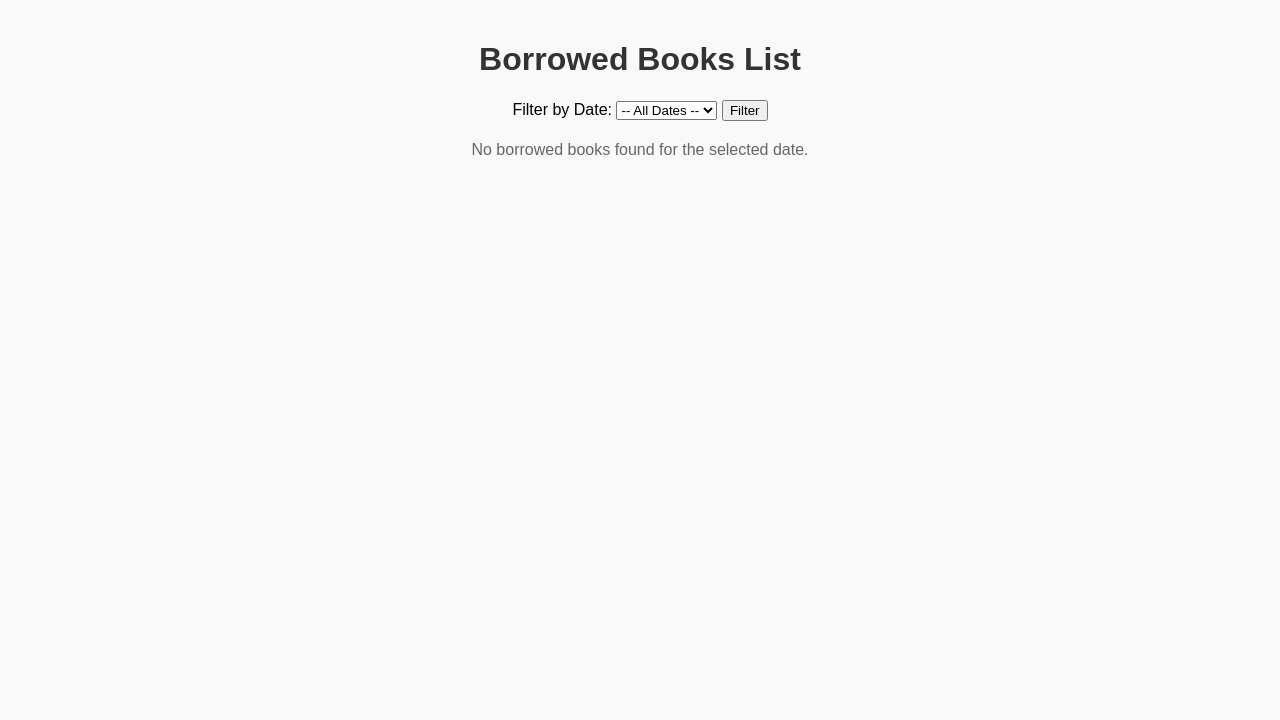
Repository: pavitrapai10/Library_Management_System
Page: http://localhost/borrowed_books.php
These files come from the project's save history. The page is drawn as it stood at one moment and after the next save; the edit follows.
The browser window is 1280 px wide. The pictures show the whole page.
The page is run by PHP 8.4 with error messages shown; the project is at /var/www/html/. Queries for data that is not in the repository find no rows.

Above is the page before, as saved 2025-01-28 18:29:53.

After the next save:
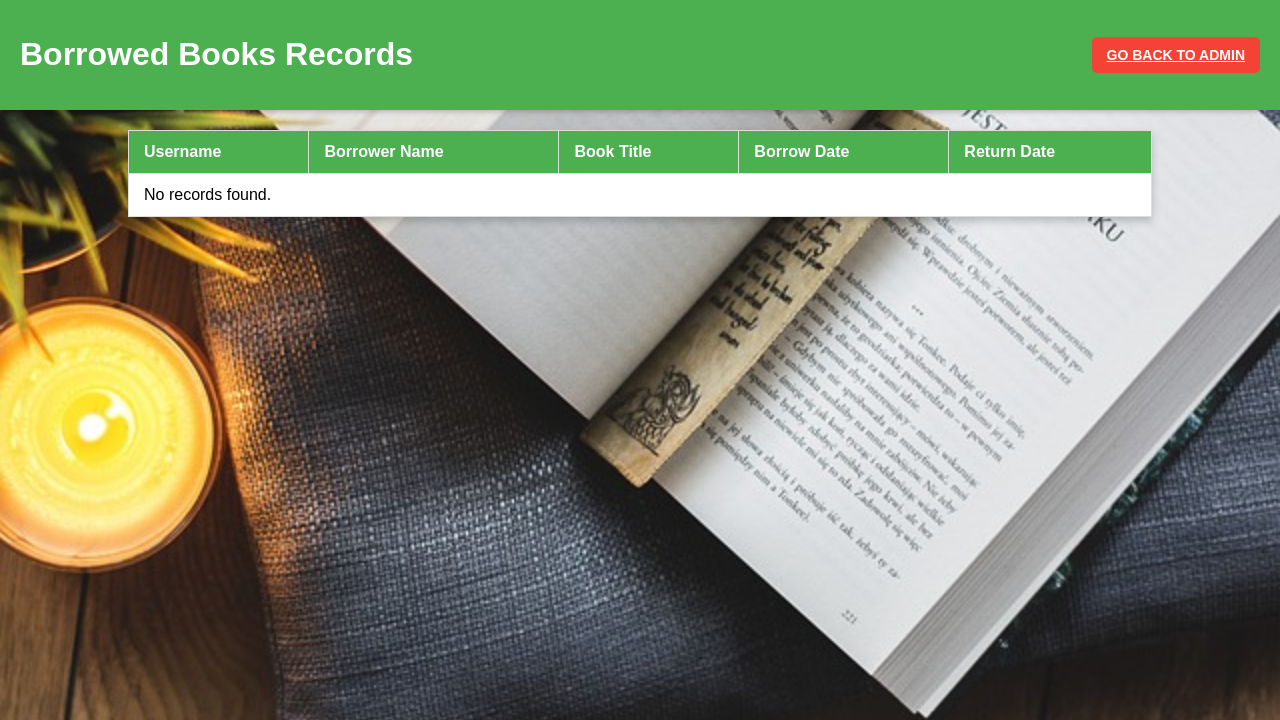
Saved 5 min 55 s later.
--- a/borrowed_books.php
+++ b/borrowed_books.php
@@ -1,21 +1,30 @@
 <?php
+session_start();
 include 'db.php';
-// Fetch all borrow dates for dropdown
-$dateQuery = "SELECT DISTINCT borrow_date FROM borrowed_books ORDER BY borrow_date DESC";
-$dateResult = $conn->query($dateQuery);
 
-// Filter results based on selected date
-$selectedDate = isset($_POST['borrow_date']) ? $_POST['borrow_date'] : '';
-$sql = "SELECT users.name AS user_name, books.title AS book_title, borrowed_books.borrow_date
-        FROM borrowed_books
-        JOIN users ON borrowed_books.user_id = users.id
-        JOIN books ON borrowed_books.book_id = books.id";
-if ($selectedDate) {
-    $sql .= " WHERE borrowed_books.borrow_date = '$selectedDate'";
-}
-$sql .= " ORDER BY borrowed_books.borrow_date DESC";
+error_reporting(E_ALL);
+ini_set('display_errors', 1);
 
-$result = $conn->query($sql);
+// Fetch the borrowed books and their associated borrower details
+$query = "
+    SELECT
+        b.id AS book_id,
+        b.title AS book_title,
+        br.first_name,
+        br.last_name,
+        br.username,
+        bb.borrow_date,
+        bb.return_date
+    FROM
+        borrowed_books bb
+    JOIN
+        borrowers br ON bb.borrower_id = br.id
+    JOIN
+        books b ON bb.book_id = b.id
+    ORDER BY
+        bb.borrow_date DESC;
+";
+$result = $conn->query($query);
 ?>
 
 <!DOCTYPE html>
@@ -24,93 +33,43 @@ $result = $conn->query($sql);
     <meta charset="UTF-8">
     <meta name="viewport" content="width=device-width, initial-scale=1.0">
     <title>Borrowed Books</title>
-    <style>
-        body {
-            font-family: Arial, sans-serif;
-            margin: 0;
-            padding: 20px;
-            background-color: #f9f9f9;
-        }
-        h1 {
-            text-align: center;
-            color: #333;
-        }
-        form {
-            text-align: center;
-            margin-bottom: 20px;
-        }
-        table {
-            width: 80%;
-            margin: 0 auto;
-            border-collapse: collapse;
-            background-color: #fff;
-            box-shadow: 0 2px 8px rgba(0, 0, 0, 0.1);
-        }
-        th, td {
-            padding: 10px 15px;
-            text-align: left;
-            border: 1px solid #ddd;
-        }
-        th {
-            background-color: #4CAF50;
-            color: #fff;
-        }
-        tr:nth-child(even) {
-            background-color: #f2f2f2;
-        }
-        tr:hover {
-            background-color: #e6f7e6;
-        }
-        .no-data {
-            text-align: center;
-            margin-top: 20px;
-            color: #666;
-        }
-    </style>
+    <link rel="stylesheet" href="style.css">
 </head>
 <body>
-    <h1>Borrowed Books List</h1>
+    <header>
+        <h1>Borrowed Books Records</h1>
+        <a href="admin.php" class="close-button">Go Back to Admin</a>
+    </header>
 
-    <form method="POST" action="">
-        <label for="borrow_date">Filter by Date:</label>
-        <select name="borrow_date" id="borrow_date">
-            <option value="">-- All Dates --</option>
-            <?php
-            if ($dateResult->num_rows > 0) {
-                while ($row = $dateResult->fetch_assoc()) {
-                    $date = $row['borrow_date'];
-                    $selected = ($date === $selectedDate) ? "selected" : "";
-                    echo "<option value='$date' $selected>$date</option>";
-                }
-            }
-            ?>
-        </select>
-        <button type="submit">Filter</button>
-    </form>
-
-    <?php if ($result->num_rows > 0): ?>
-        <table>
+    <main>
+        <table border="1" cellpadding="10" cellspacing="0">
             <thead>
                 <tr>
-                    <th>User Name</th>
+                    <th>Username</th>
+                    <th>Borrower Name</th>
                     <th>Book Title</th>
                     <th>Borrow Date</th>
+                    <th>Return Date</th>
                 </tr>
             </thead>
             <tbody>
-                <?php while ($row = $result->fetch_assoc()): ?>
-                    <tr>
-                        <td><?= htmlspecialchars($row['user_name']) ?></td>
-                        <td><?= htmlspecialchars($row['book_title']) ?></td>
-                        <td><?= htmlspecialchars($row['borrow_date']) ?></td>
-                    </tr>
-                <?php endwhile; ?>
+                <?php
+                if ($result->num_rows > 0) {
+                    while ($row = $result->fetch_assoc()) {
+                        echo "<tr>
+                            <td>" . htmlspecialchars($row['username']) . "</td>
+                            <td>" . htmlspecialchars($row['first_name'] . ' ' . $row['last_name']) . "</td>
+                            <td>" . htmlspecialchars($row['book_title']) . "</td>
+                            <td>" . htmlspecialchars($row['borrow_date']) . "</td>
+                            <td>" . ($row['return_date'] ? htmlspecialchars($row['return_date']) : 'Not Returned') . "</td>
+                        </tr>";
+                    }
+                } else {
+                    echo "<tr><td colspan='5'>No records found.</td></tr>";
+                }
+                ?>
             </tbody>
         </table>
-    <?php else: ?>
-        <p class="no-data">No borrowed books found for the selected date.</p>
-    <?php endif; ?>
+    </main>
 </body>
 </html>
-
-<?php $conn->close(); ?>
